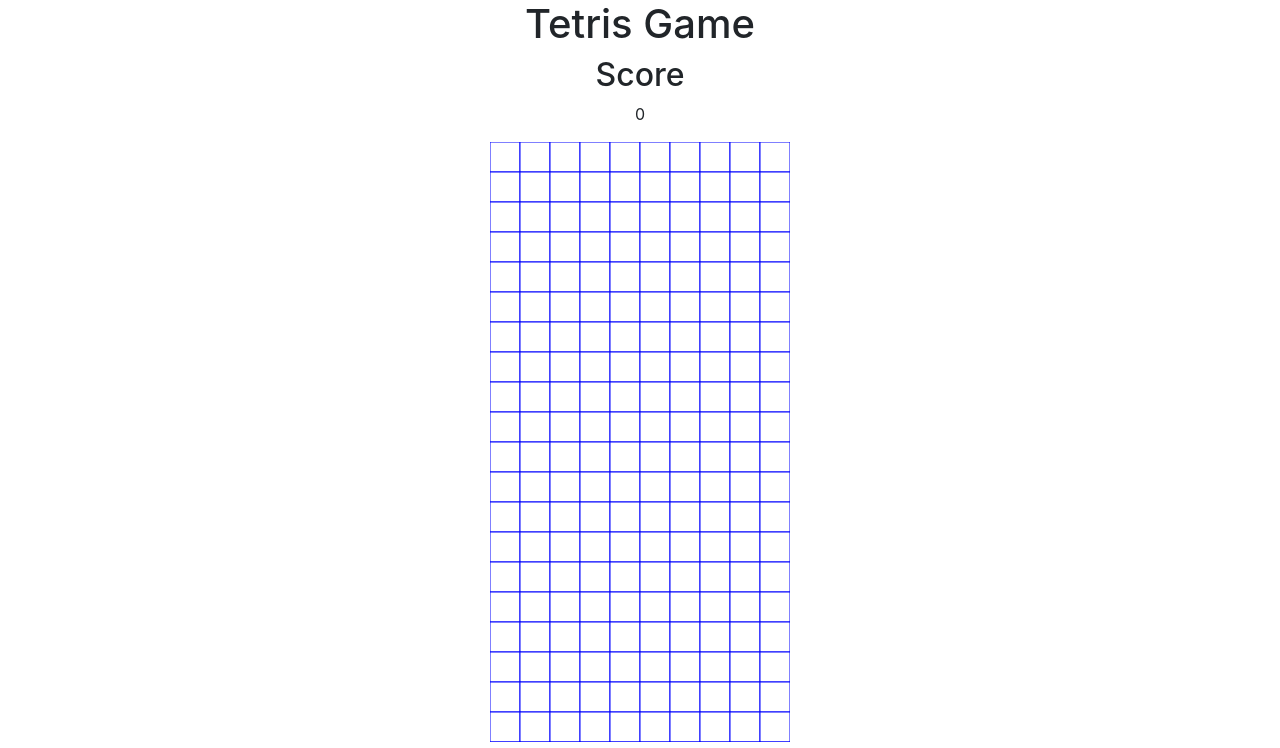
Repository: nlbien22/games
Page: Tetris/index.html
The author's editor kept a copy of each file at every save. The page is drawn from the files as they stood at one save, then again after the next save.
The browser window is 1280 px wide. The pictures show the whole page.

Above is the page before, as saved 2024-11-14 21:56:18.

After the next save:
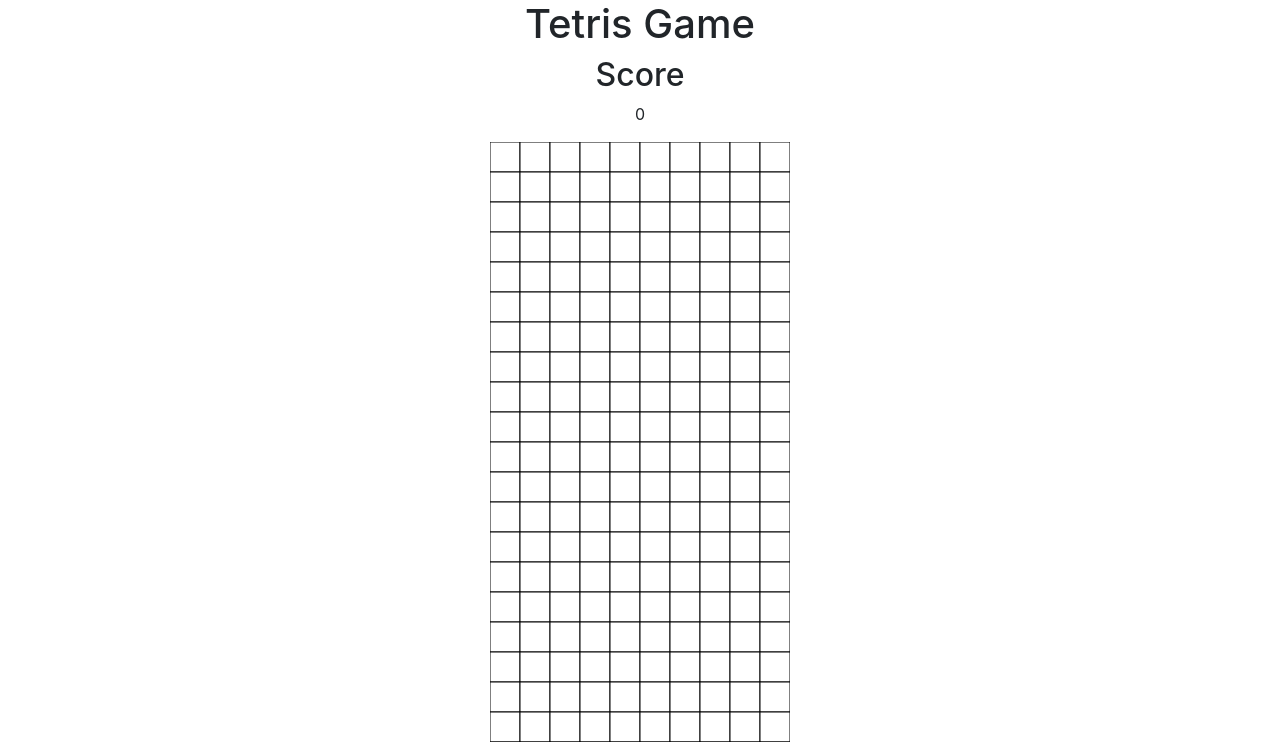
Saved 10 s later.
--- a/Tetris/script.js
+++ b/Tetris/script.js
@@ -10,7 +10,7 @@
 function drawSquare(x, y, color) {
     context.fillStyle = color;
     context.fillRect(x * SQ, y * SQ, SQ, SQ);
-    context.strokeStyle = 'BLUE';
+    context.strokeStyle = 'BLACK 1px solid';
     context.strokeRect(x * SQ, y * SQ, SQ, SQ);
 }
 
